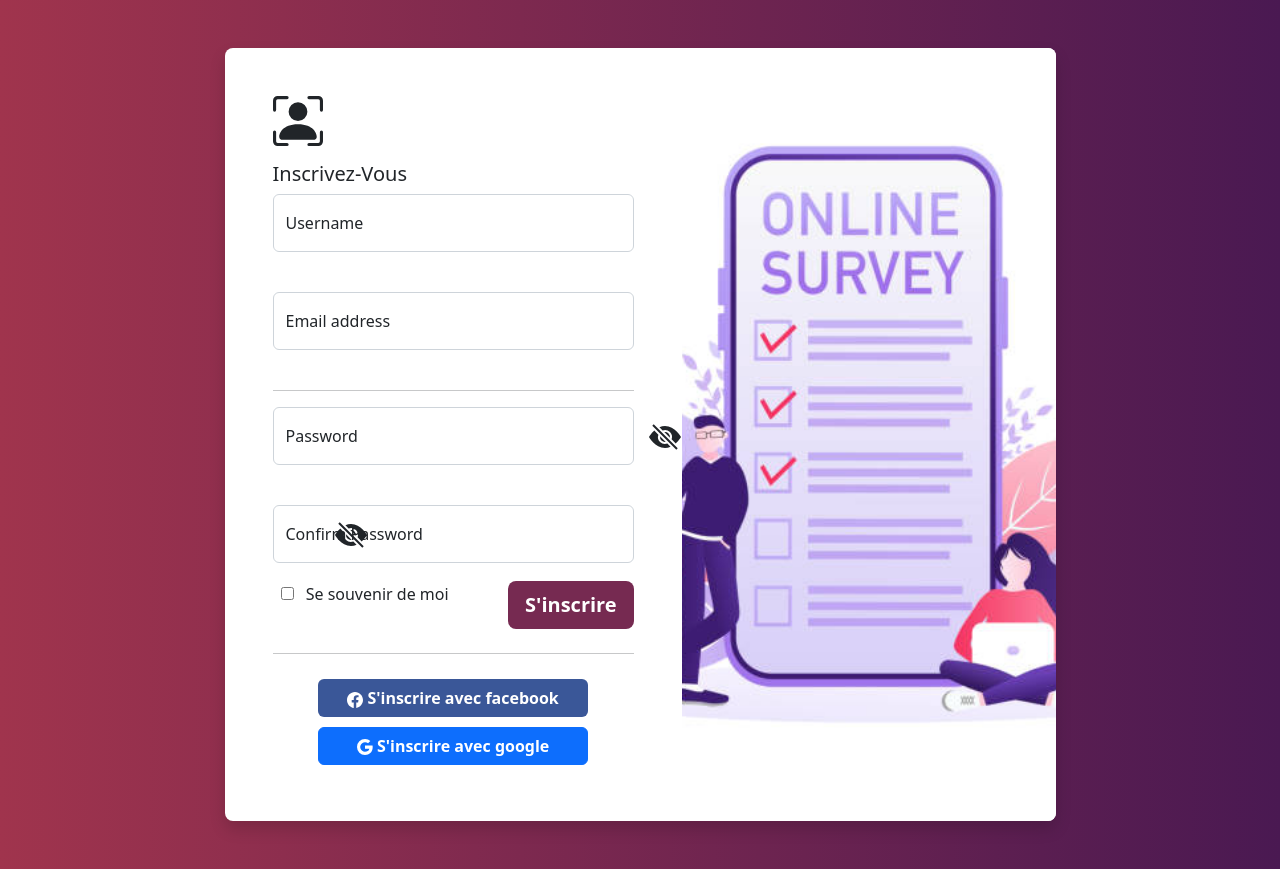
Repository: Djiamil/testsMoustaphaDER
Page: index.html
The author's editor kept a copy of each file at every save. The page is drawn from the files as they stood at one save, then again after a run of saves.
The browser window is 1280 px wide. The pictures show the whole page.

Above is the page before, as saved 2022-12-09 09:49:31.

After the next 2 saves:
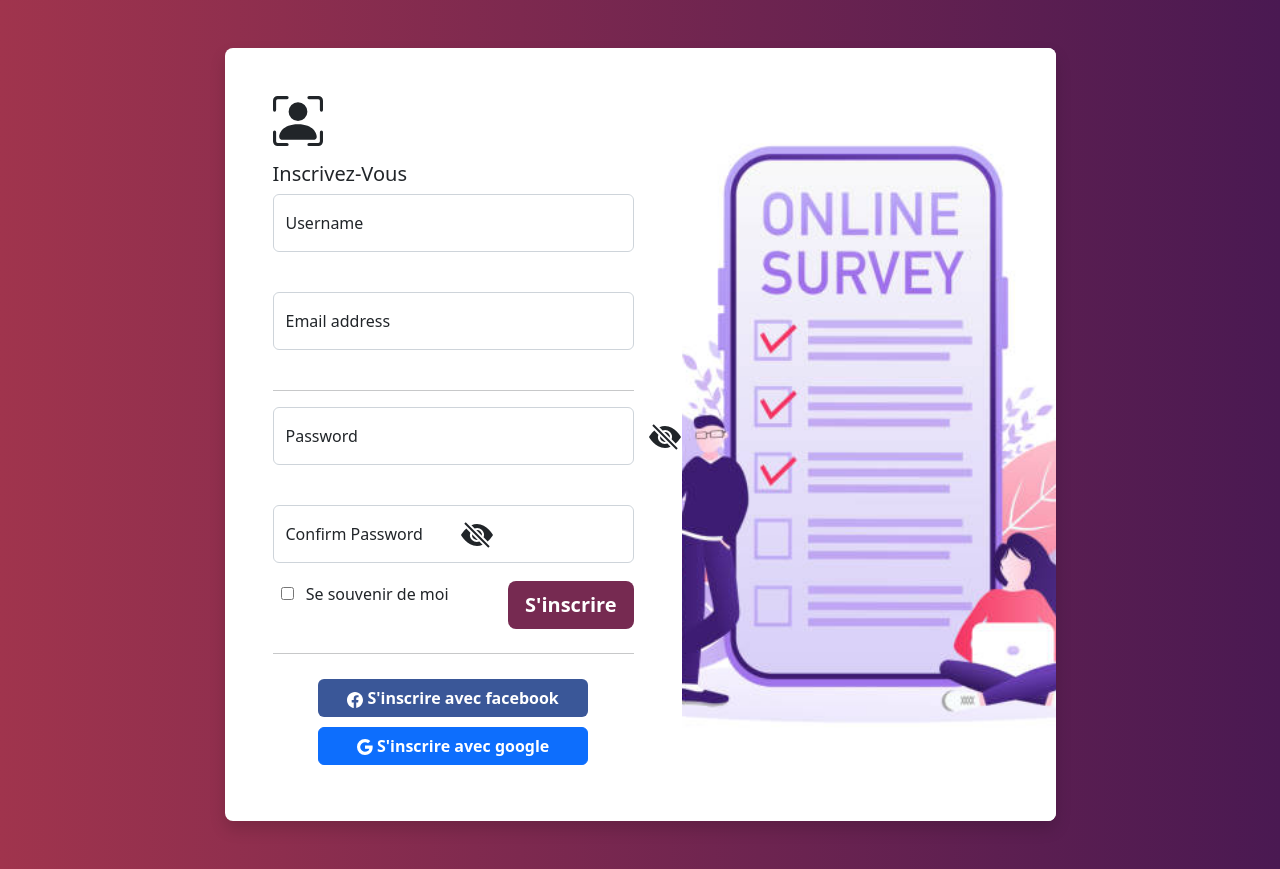
The 2 saves are shown as one change because they came seconds apart.
The last was saved 9 s later.
--- a/style.css
+++ b/style.css
@@ -77,7 +77,7 @@ button{
   float: right;
   position:absolute;
   margin-top: 4%;
-  margin-left: 15%;
+  margin-left: 50%;
   width: 3rem;
   height: 2rem;
   /* position: absolute; */
